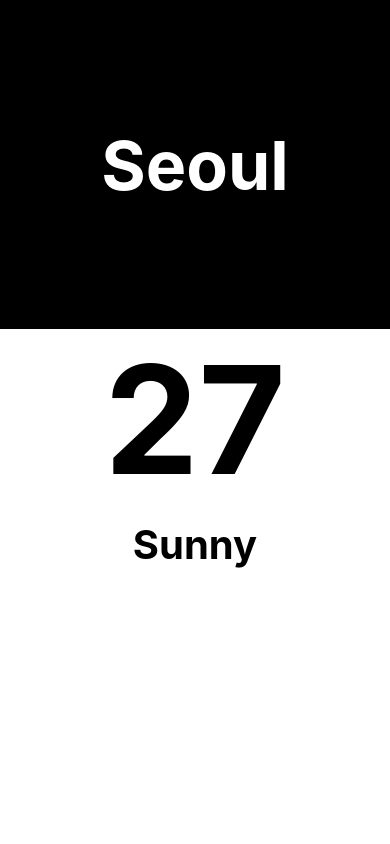
Repository: NewTurn2017/React-Native-Weather-App
Screen: /
An editor plug-in stored every save of this project. The screen is shown before and after the next save, followed by the edit.
The app was drawn by React Native's web renderer in a window 390 px wide. The project was rebuilt for these pictures with package versions that can differ from the ones it lists, and the page was loaded fresh each time.

Above is the screen before, as saved 2023-04-21 11:57:42.

### App.js
import { StatusBar } from 'expo-status-bar'
import { View, Text, StyleSheet, ScrollView, Dimensions } from 'react-native'
const { width: SCREEN_WIDTH } = Dimensions.get('window')

export default function App() {
  return (
    <View style={styles.container}>
      <StatusBar style="light" />
      <View style={styles.city}>
        <Text style={styles.cityName}>Seoul</Text>
      </View>

      <ScrollView pagingEnabled horizontal style={styles.weather}>
        <View style={styles.day}>
          <Text style={styles.temp}>27</Text>
          <Text style={styles.description}>Sunny</Text>
        </View>
        <View style={styles.day}>
          <Text style={styles.temp}>27</Text>
          <Text style={styles.description}>Sunny</Text>
        </View>
        <View style={styles.day}>
          <Text style={styles.temp}>27</Text>
          <Text style={styles.description}>Sunny</Text>
        </View>
        <View style={styles.day}>
          <Text style={styles.temp}>27</Text>
          <Text style={styles.description}>Sunny</Text>
        </View>
        <View style={styles.day}>
          <Text style={styles.temp}>27</Text>
          <Text style={styles.description}>Sunny</Text>
        </View>
      </ScrollView>
    </View>
  )
}
const styles = StyleSheet.create({
  container: {
    flex: 1,
    backgroundColor: 'black',
  },
  cityName: {
    color: 'white',
    fontSize: 68,
    fontWeight: 'bold',
  },
  city: {
    flex: 1.2,
    backgroundColor: 'black',
    alignItems: 'center',
    justifyContent: 'center',
  },
  weather: {
    backgroundColor: 'white',
  },
  day: {
    width: SCREEN_WIDTH,
    alignItems: 'center',
  },
  temp: {
    color: 'black',
    fontSize: 150,
    fontWeight: 'bold',
  },
  description: {
    color: 'black',
    fontSize: 40,
    fontWeight: 'bold',
    marginTop: 10, // Add marginTop to reduce the gap between temp and description
  },
})

After the next save:
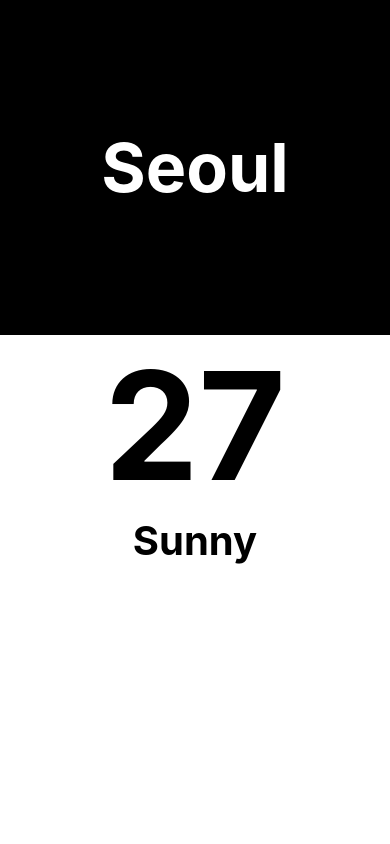
Saved 5 s later.
--- a/App.js
+++ b/App.js
@@ -67,6 +67,6 @@ const styles = StyleSheet.create({
     color: 'black',
     fontSize: 40,
     fontWeight: 'bold',
-    marginTop: 10, // Add marginTop to reduce the gap between temp and description
+    marginTop: 0, // Add marginTop to reduce the gap between temp and description
   },
 })
